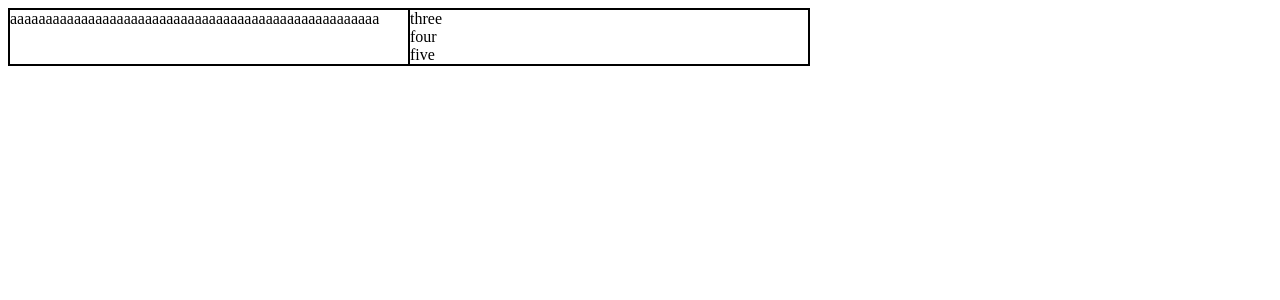
Repository: kpavankumaar/online_uk_class
Page: flex.html
These files come from the project's save history. The page is drawn as it stood at one moment and after the next save; the edit follows.
The browser window is 1280 px wide. The pictures show the whole page.

Above is the page before, as saved 2022-01-12 14:21:17.

After the next save:
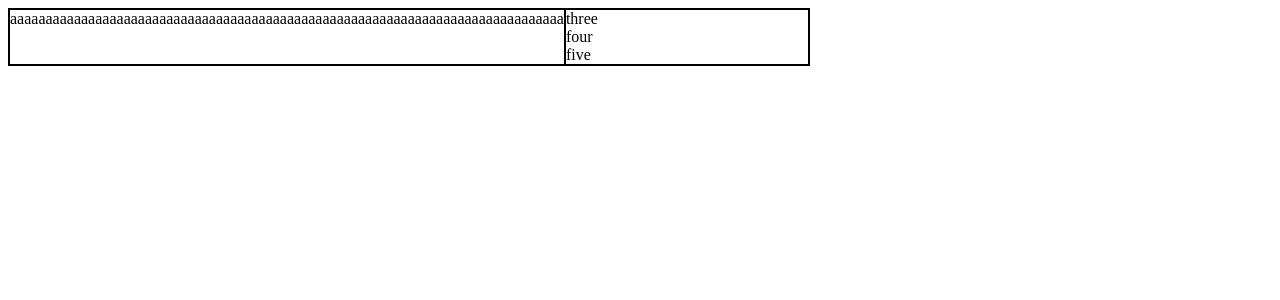
Saved 7 s later.
--- a/flex.html
+++ b/flex.html
@@ -32,7 +32,7 @@
 <body>
     <div class="main">
         <div class="box box1">
-            aaaaaaaaaaaaaaaaaaaaaaaaaaaaaaaaaaaaaaaaaaaaaaaaaaaa
+            aaaaaaaaaaaaaaaaaaaaaaaaaaaaaaaaaaaaaaaaaaaaaaaaaaaaaaaaaaaaaaaaaaaaaaaaaaaaaa
         </div>
         <!-- <div class="box box2">two</div> -->
         <div class="box box3">three <br> four <br>five</div>
